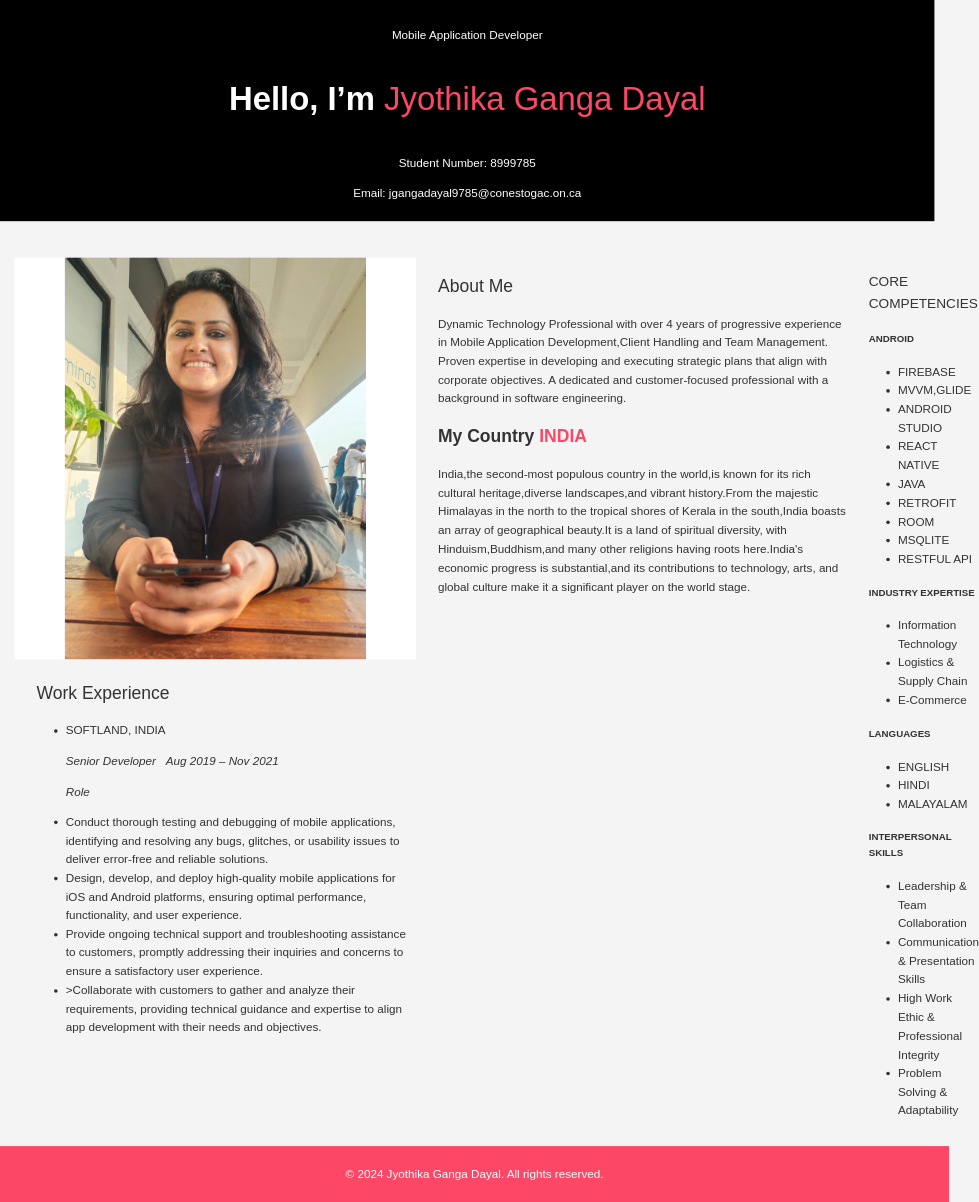
Repository: jyothika123/portfolio
Page: index.html
The author's editor kept a copy of each file at every save. The page is drawn from the files as they stood at one save, then again after the next save.
The browser window is 1280 px wide. The page is 1341 px wide, so the pictures cover 1341 px, including what lies to the right of the window. The pictures show the whole page, at 73% of full size.
Pictures or frames that could not be fetched are drawn as grey boxes. Some web fonts or font styles are not loaded; a fallback is used.

Above is the page before, as saved 2024-09-22 20:27:50.

### index.html
<!DOCTYPE html>
<html lang="en">
<head>
    <meta charset="UTF-8">
    <meta name="viewport" content="width=device-width, initial-scale=1.0">
    <link rel="stylesheet" href="css/style.css">
    <title>Jyothika Ganga Dayal</title>
    <link rel="preconnect" href="https://fonts.googleapis.com">
    <link rel="preconnect" href="https://fonts.gstatic.com" crossorigin>
    <link href="https://fonts.googleapis.com/css2?family=Anton+SC&display=swap" rel="stylesheet">
</head>
<body>
    <header>
        <div class="content">
            <br>
            <span class="title">Mobile Application Developer</span>
            <h1>Hello, I’m <span class="anton-sc-regular">Jyothika Ganga Dayal</span></h1>
            <p>Student Number: 8999785</p>
            <p>Email: jgangadayal9785@conestogac.on.ca</p>
        </div>
    </header>
    <main>
        <section class="box">
            <section class="bio">
                <div>
                    <img src="images/image.PNG" alt="A photo representing me" class="profile">
                    <div class="experience" >
                        <h2 class="anton-sc-regular">Work Experience</h2>
                            <ul>
                                <li>
                                    <p class="anton-sc-regular">SOFTLAND, INDIA</p>
                                    <p class="position">Senior Developer&nbsp;&nbsp;&nbsp;<span class="position">Aug 2019 – Nov 2021</span></p>
                                    <p class="position">Role</p>
                                    <li>Conduct thorough testing and debugging of mobile applications,
                                        identifying and resolving any bugs, glitches, or usability issues to
                                        deliver error-free and reliable solutions.</li>
                                     <li>  Design, develop, and deploy high-quality mobile applications for iOS and
                                        Android platforms, ensuring optimal performance, functionality, and user
                                        experience.</li>
                                    <li> Provide ongoing technical support and troubleshooting assistance to
                                        customers, promptly addressing their inquiries and concerns to ensure a
                                        satisfactory user experience.</li>
                                     <li>>Collaborate with customers to gather and analyze their requirements,
                                        providing technical guidance and expertise to align app development with
                                        their needs and objectives.</li>
                                </li>
                            </ul>


                    </div>
                </div>
                <div>
                    <h2 class="anton-sc-regular">About Me</h2>
                    <p>Dynamic Technology Professional with over 4 years of progressive experience
                        in Mobile Application Development,Client Handling and Team Management. Proven
                        expertise in developing and executing strategic plans that align with
                        corporate objectives. A dedicated and customer-focused professional with a
                        background in software engineering. </p>
                    <h2 >My Country <span class="country">INDIA</span> </h2>
                    <p>India,the second-most populous country in the world,is known for its rich cultural heritage,diverse landscapes,and vibrant history.From the majestic Himalayas in the north to the tropical shores of Kerala in the south,India boasts an array of geographical beauty.It is a land of spiritual diversity, with Hinduism,Buddhism,and many other religions having roots here.India's economic progress is substantial,and its contributions to technology, arts, and global culture make it a significant player on the world stage.</p>
                    <iframe width="560" height="315" src="https://www.youtube.com/embed/S-A1upowdJI?si=CN6QXoWvff-tpz_o" title="YouTube video player" frameborder="0" allow="accelerometer; autoplay; clipboard-write; encrypted-media; gyroscope; picture-in-picture; web-share" referrerpolicy="strict-origin-when-cross-origin" allowfullscreen></iframe>
                </div>

            </section>

            <section>
                <h3 class="anton-sc-regular">CORE COMPETENCIES</h3>
                <h5>ANDROID </h5>
                <ul>
                    <li>FIREBASE</li>
                    <li>MVVM,GLIDE</li>
                    <li>ANDROID STUDIO</li>
                    <li>REACT NATIVE</li>
                    <li>JAVA</li>
                    <li>RETROFIT</li>
                    <li>ROOM</li>
                    <li>MSQLITE</li>
                    <li>RESTFUL API</li>
                </ul>
                <h5>INDUSTRY EXPERTISE</h5>
                <ul>
                    <li>Information Technology</li>
                    <li>Logistics & Supply Chain</li>
                    <li>E-Commerce</li>
                </ul>
                <h5>LANGUAGES</h5>
                <ul>
                    <li>ENGLISH</li>
                    <li>HINDI</li>
                    <li>MALAYALAM</li>
                </ul>
                <h5>INTERPERSONAL SKILLS</h5>
                <ul>
                    <li>Leadership & Team Collaboration</li>
                    <li>Communication & Presentation Skills</li>
                    <li> High Work Ethic & Professional Integrity</li>
                    <li>Problem Solving & Adaptability</li>
                </ul>
            </section>
            <!-- <section class="country">
                <h2>Your Country</h2>
                <p>A brief paragraph about your country.</p>
                <iframe width="560" height="315" src="https://www.youtube.com/embed/your_video_id"
                        title="Interesting video about me/country/skills"
                        frameborder="0" allowfullscreen></iframe>
            </section> -->
        </section>

    </main>
    <footer>
        <p>&copy; 2024 Jyothika Ganga Dayal. All rights reserved.</p>
    </footer>
</body>
</html>

### css/style.css


body {
    font-family: Arial, sans-serif;
    line-height: 1.6;
    margin: 0;
    padding: 0;
    color: #333;
    background-color: #f4f4f4;
}

header {
    background: #000000;
    color: #fff;
    padding: 10px;
    text-align: center;
}

main {
    display: flex;
    justify-content: space-between;
    padding: 20px;
}

.bio {
    display: grid;
    grid-template-columns: 1fr 3fr;
    gap:30px;
}

.country {
    flex: 3;
}

footer {
    background: #fd4766;
    color: #fff;
    text-align: center;
    padding: 10px ;
    position: relative;
    bottom: 0;
    width: 100%;
}

.profile{
    width:550px;
    height: 550px;
}

.content h1 {
    color: #ffffff;
    font-size: 45px;
    font-weight: 900;
    line-height: 90px;
    text-transform: inherit;
    width: 100%;
  }
  .content h1 span {
    color: #fd4766;
  }
  .content p {
    width: 100%;
    color: #ffffff;
    margin-top: 5px;
    margin-bottom: 15px;
  }
  .box{
    margin-top: 30px;
    display: grid;
    grid-template-columns: 3.2fr 0.8fr;
    gap:30px;
  }
  .country{
    color: #fd4766;
  }
  .experience{
    margin-left: 30px;

  }
  .anton-sc-regular {
    font-family: "Anton SC", sans-serif;
    font-weight: 400;
    font-style: normal;
  }
  .position{
    font-style: italic;
  }

After the next save:
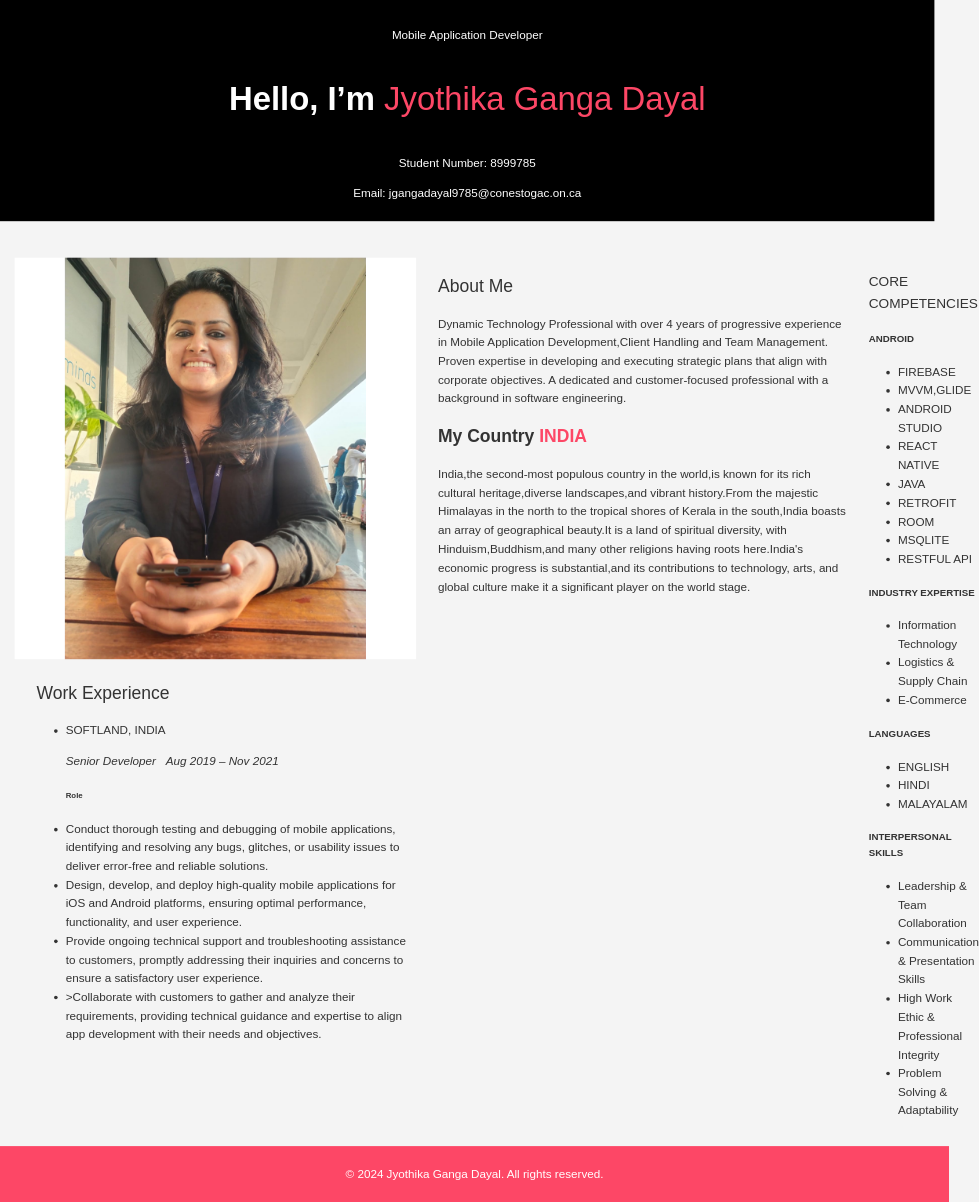
Saved 2 min 30 s later.
--- a/index.html
+++ b/index.html
@@ -30,7 +30,7 @@
                                 <li>
                                     <p class="anton-sc-regular">SOFTLAND, INDIA</p>
                                     <p class="position">Senior Developer&nbsp;&nbsp;&nbsp;<span class="position">Aug 2019 – Nov 2021</span></p>
-                                    <p class="position">Role</p>
+                                    <h6>Role</h6>
                                     <li>Conduct thorough testing and debugging of mobile applications,
                                         identifying and resolving any bugs, glitches, or usability issues to
                                         deliver error-free and reliable solutions.</li>
